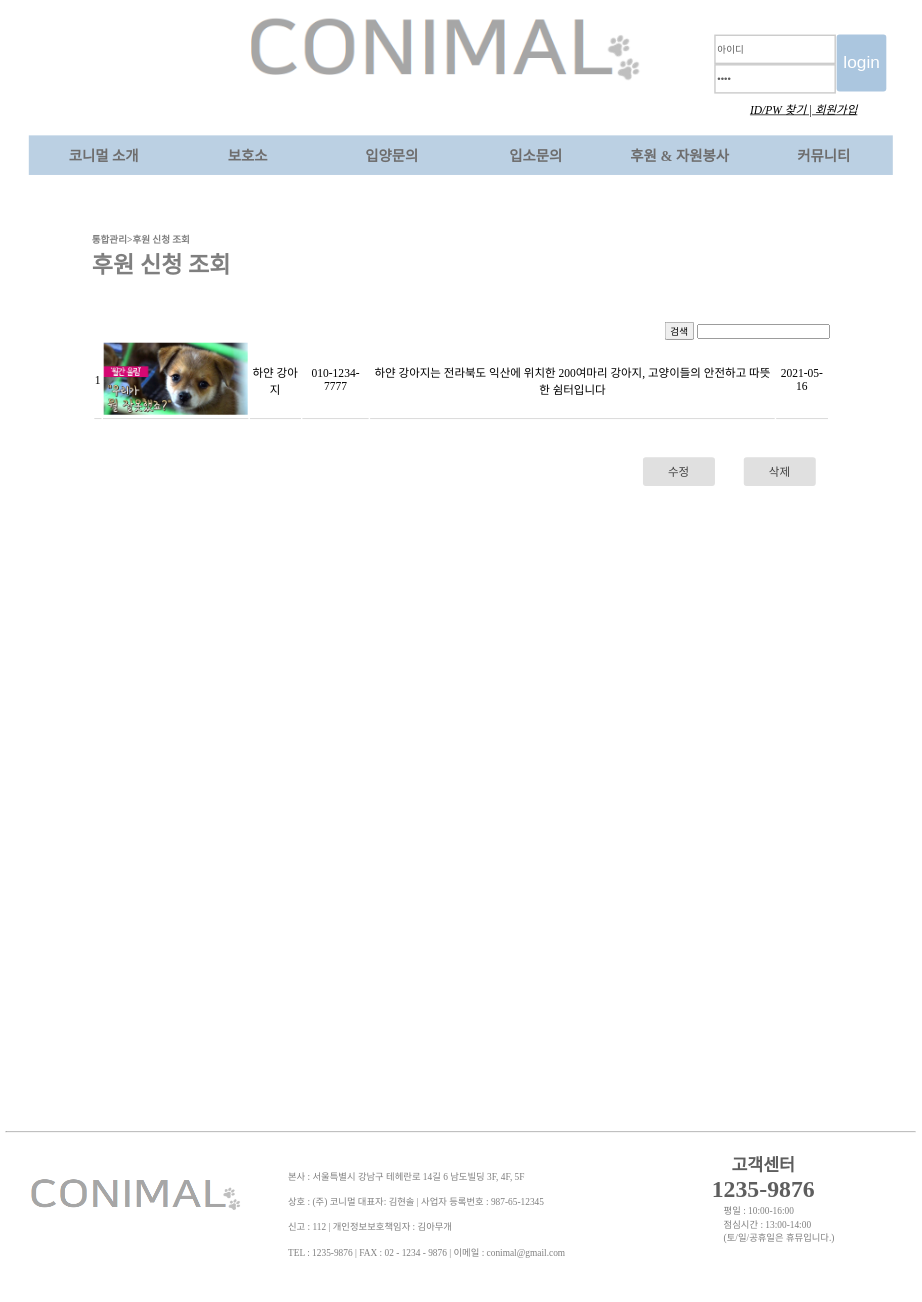
Repository: rlagusthf12/SemiProject
Page: http://localhost/jspProject/views/support/supportDetail.jsp
These files come from the project's save history. The page is drawn as it stood at one moment and after the next save; the edit follows.
The browser window is 1280 px wide. The pictures show the whole page, at 72% of full size.
The page is served by Tomcat 9. Other server files are loaded and not shown.

Above is the page before, as saved 2021-05-18 11:36:24.

### jspProject/WebContent/views/support/supportDetail.jsp
<%@ page language="java" contentType="text/html; charset=UTF-8"
    pageEncoding="UTF-8"%>
<!DOCTYPE html>
<html>
<head>
<meta charset="UTF-8">
<title>Insert title here</title>
<style>
.body{
		width: 1025px;
        height: 1240px;
        margin: 0 auto;
        margin-top:80px;
	}

  h1,h5{
      margin: 0;
      font-weight: bold; color: rgb(127, 127, 127);
  }
  .head1{
  	width:100%;
  	height:10%;

  }
  .body1{
  	margin-bottom:30px;
  }
  .body2{
  width:100%;
  height:40%;
  }
  .foot1{
  width:100%;
  height:10%;
  }
  .list-area{
        border:1px solid white;
        text-align:center;

    }
     .list-area>thead>tr>th{

    	border: 1px solid #ccc;
    	word-break: break-all;
    	background: #eaeaea;
    	font-weight: bold;
    	display: table-cell;
   		vertical-align: inherit;



     }
     .list-area>tbody>tr>td{
  		 border-bottom: 1px solid #ccc;
    	font-family: HanSans;

     }
    .list-area>tbody>tr:hover{
        cursor:pointer;
    }

    .paging-area>button{
    font-size: 16px;
    color: rgb(255, 255, 255);
    text-align: center;
    line-height: 2.5em;
    border-radius: 4px;
	background-color: rgb(244, 244, 244);
	color:black;
    border:0px;
    width:40px;
    height:40px;
    }
  .deletebtn, .modifybtn{
    float:right;
    font-size: 16px;
    color: rgb(64, 64, 64);
    text-align: center;
    line-height: 2.5em;
    background-color: rgb(224, 224, 224);
    border:0px;
    border-radius: 4px;
    width: 100px; height: 40px;
    margin:20px;
  }


</style>
</head>
<body>
<%@ include file="../common/menubar.jsp" %>
<div class="body">
<div class="head1">
  <h5>통합관리>후원 신청 조회</h5>
  <h1>후원 신청 조회</h1>

  </div>
  <div class="head2"align="right">
  <div class="search" >
  <button class="searchbutton">검색</button>
  <input type="search" class="searchbar">
  </div>
  </div>
	<div class="body1">
  <table class="list-area">
               <tr>
		                 <td>1</td>
		                 <td><img src="resources/images/slide.png" width="200px" height="100px" ></td>
		                 <td>하얀 강아지</td>
		                 <td>010-1234-7777</td>
		                 <td>하얀 강아지는 전라북도 익산에 위치한 200여마리 강아지, 고양이들의 안전하고 따뜻한 쉼터입니다</td>
		                 <td>2021-05-16</td>
		         </tr>

        </table>
  </div>

  <div class="btn">
 	<button class="deletebtn">삭제</button>
 	<button class="modifybtn">수정</button>
 </div>



  </div>
         <%@ include file="../common/footerbar.jsp" %>
</body>
</html>

### jspProject/WebContent/views/common/menubar.jsp
<%@ page language="java" contentType="text/html; charset=UTF-8"
    pageEncoding="UTF-8"%>
<!DOCTYPE html>
<html>
<head>
<meta charset="UTF-8">
<title>Insert title here</title>

<style>
    .on{
         width: 1200px;
         height: 180px;
         margin: 0 auto;
         }
    .mainLogo{

        margin-left: 302px;

    }

    .login {
        float:right;
        margin-top:40px;
     }
   #loginform>*{

    float:left;
    }
    .id_pwd{width: 65%; height: 70px; } .loginbtn{width: 35%;}

    .pwd,.id{
        color: rgb(94, 94, 94);
        border-style: solid;
        border-color: rgb(204, 204, 204);
        width:100%;
        height:50%;
    }
    .loginbtn>input{
        font-size: 24px;
        width: 80%;
        height: 100%;
        color: rgb(255, 255, 255);
        line-height: 3.2em;
        background-color: rgb(171, 198, 223);
        text-align: center;
        border-radius: 4px;
        border:0px;
    }

    .find{
    text-decoration-line: underline;
    font-style: italic;
    font-size: 16px;
    line-height: 3.2em;
    }

    .navi{
            width: 1200px; height: 55px;
            background-color: rgb(187, 208, 227);
            margin: 0 auto;
     }
     #navi1{
            list-style-type:none;
            margin:0;
            padding:0;
            height:100%;
            text-decoration:none;

        }

        #navi1>li{
            margin-left: 8px;
            float:left;
            width:16%;
            height:100%;
            text-align:center;
        }
        #navi1 a{
            line-height: 2.8em;
            font-size: 20px;
            color: rgb(110, 109, 109);
            font-family: HanSans;
            width: 16.6%;
            font-weight: bold;
            cursor:pointer;
            height:100%;
            width:100%;
            display:block;
            text-decoration:none;
            z-index: 6;
        }
        #navi1 a:hover{color: white;}
        #navi1>li>ul{
            list-style-type:none;
            display:none;
            margin-top:0px;
            padding:10px;
            background-color: rgb(184, 183, 183);
            font-family: HanSans;
            line-height: 2.8em;
            font-size: 20px;
            position: relative;
            z-index: 6;
        }
        #navi1>li>ul a{font-size:15px;}
        #navi1>li>a:hover+ul{display:block;}
        #navi1>li>ul:hover{display:block;}
     </style>
</head>

<body>

            <div class="on">

                    <image src="resources/images/mainLogo.png" width="558px" height="120px" class="mainLogo">

                        <div class="login" align="center">

                            <form action="" id="loginform">

                                <div class="id_pwd">
                                    <input type="text" class="id" value="아이디"><br>
                                    <input type="password" class="pwd" value="비밀번호" >
                                </div>

                                <div class="loginbtn">
                                    <input type="submit" value="login">
                                </div>
                            </form>
                            <span class="find">ID/PW 찾기 | 회원가입</span>
                        </div>

            </div>
            <div class="navi">
                    <ul id="navi1" >
                        <li><a href="">코니멀 소개</a></li>
                        <li><a href="">보호소</a></li>
                        <li><a href="">입양문의</a>
                            <ul>
                                <li><a href="">보호중인 동물</a></li>
                                <li><a href="">입양 절차</a></li>
                                <li><a href="">입양 신청</a></li>
                                <li><a href="">입양 후기</a></li>
                            </ul>
                        </li>
                        <li><a href="">입소문의</a>
                            <ul>
                                <li><a href="">입소 절차</a></li>
                                <li><a href="">입소 신청</a></li>
                            </ul>
                        </li>
                        <li><a href="">후원 &amp; 자원봉사</a>
                        <ul>
                            <li><a href="">자원봉사</a></li>
                            <li><a href="">후원</a></li>
                        </ul>
                      </li>
                        <li><a href="">커뮤니티</a>
                        <ul>
                            <li><a href="">자유 게시판</a></li>
                            <li><a href="">공지사항</a></li>
                            <li><a href="">고객센터</a></li>
                        </ul>
                    </li>
                    </ul>
            </div>


</body>
</html>

### jspProject/WebContent/views/common/footerbar.jsp
<%@ page language="java" contentType="text/html; charset=UTF-8"
    pageEncoding="UTF-8"%>
<!DOCTYPE html>
<html>
<head>
<meta charset="UTF-8">
<title>Insert title here</title>
<style>


 .footerbar{

         width: 1200px;
         height: 180px;
         margin: 0 auto;
     }
     .call{
         width:30%;
         height: 100%;
         float:left;
         margin-left: 60px;
     }

     .minLogo{

         padding-top: 30px;
         height: 100%;
         float:left;
     }
     .ex{
        width:40%;
        float:left;
        height:100%;
        padding-top: 25px;
    }
     .ect{

        font-size: 13px;
        color: rgb(127, 127, 127);
        text-align: left;
        width:450px;
        padding-left: 60px;

     }
     .ect2{
        font-weight: bold; font-size: 24px; text-align: center; color: rgb(94, 94, 94);
     }
     .ect3{
        font-weight: bold; font-size: 33px; text-align: center; color: rgb(94, 94, 94);
     }
     #al{
        width: 250px;
        padding-left: 125px;
     }


</style>
</head>
<body>
            <hr>
            <br>
            <div class="footerbar">
            <div class="minLogo">
                <div>
                 <image src="resources/images/mainLogo.png" width="300" height="60"></image>
                </div>
            </div>
            <div class="ex">
             <div class="ect">
                    본사 : 서울특별시 강남구 테헤란로 14길 6 남도빌딩 3F, 4F, 5F<br><br>

                    상호 : (주) 코니멀 대표자: 김현솔 | 사업자 등록번호 : 987-65-12345 <br><br>

                    신고 : 112 | 개인정보보호책임자 : 김아무개<br><br>

                    TEL : 1235-9876 | FAX : 02 - 1234 - 9876 | 이메일  :  conimal@gmail.com
              </div>
            </div>


            <div class="call">
                <div class="ect2" >
                    고객센터
                    <div class="ect3">
                    1235-9876

                    </div>
                </div>

                <div class="ect" id="al">
                    평일 : 10:00-16:00<br>
                    점심시간 : 13:00-14:00<br>
                    (토/일/공휴일은 휴뮤입니다.)
                </div>

            </div>
            </div>


</body>
</html>

After the next save:
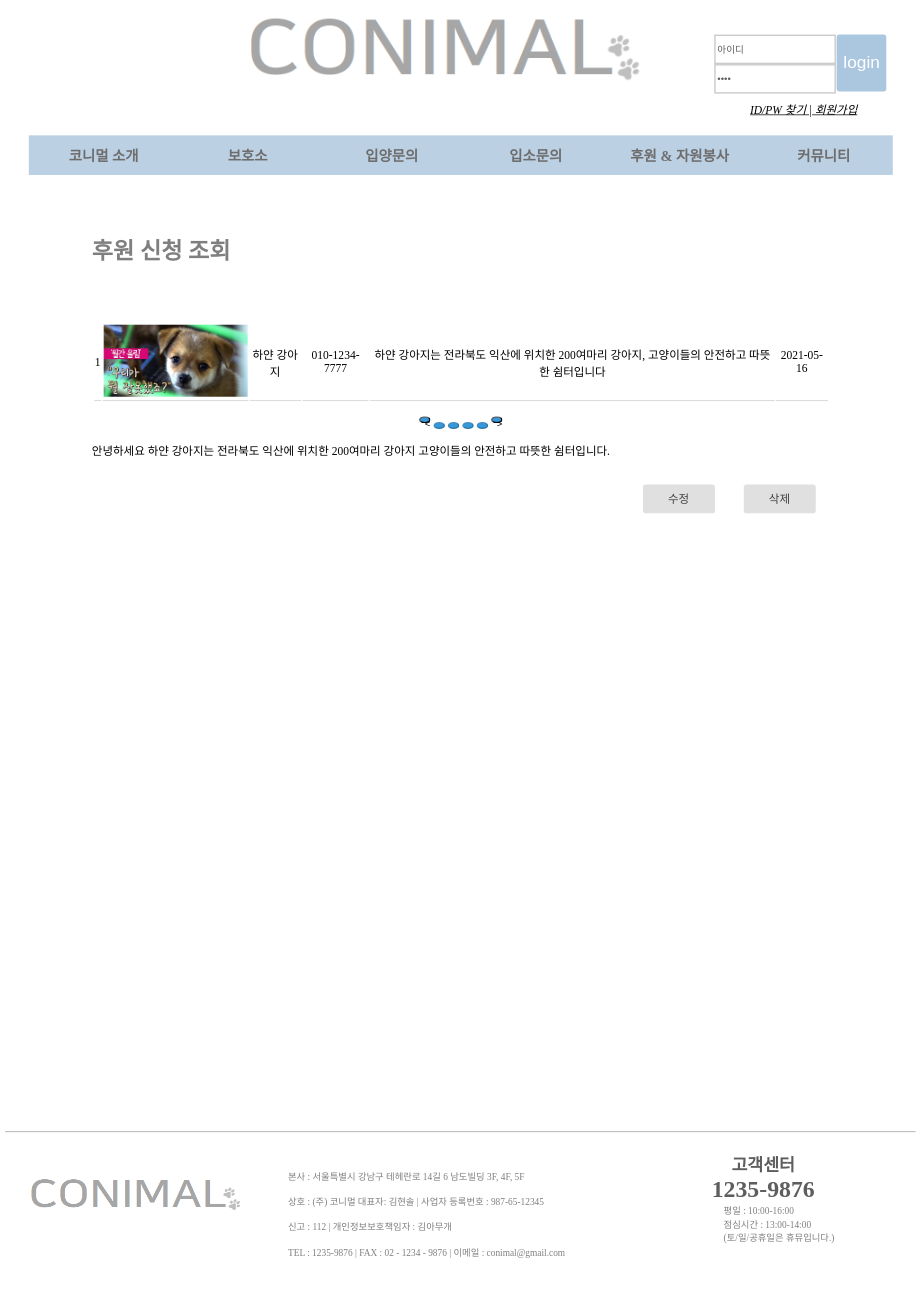
Saved 5 min 46 s later.
--- a/jspProject/WebContent/views/support/supportDetail.jsp
+++ b/jspProject/WebContent/views/support/supportDetail.jsp
@@ -22,9 +22,7 @@
   	height:10%;
 
   }
-  .body1{
-  	margin-bottom:30px;
-  }
+
   .body2{
   width:100%;
   height:40%;
@@ -60,16 +58,14 @@
     }
 
     .paging-area>button{
-    font-size: 16px;
-    color: rgb(255, 255, 255);
-    text-align: center;
-    line-height: 2.5em;
-    border-radius: 4px;
-	background-color: rgb(244, 244, 244);
+    width:10px;
+    height:10px;
 	color:black;
-    border:0px;
-    width:40px;
-    height:40px;
+    border-top-left-radius: 100%;
+    border-top-right-radius: 100%;
+    border-bottom-right-radius: 100%;
+     border-bottom-left-radius: 100%;
+     background-color: rgb(52, 152, 219);
     }
   .deletebtn, .modifybtn{
     float:right;
@@ -91,17 +87,10 @@
 <%@ include file="../common/menubar.jsp" %>
 <div class="body">
 <div class="head1">
-  <h5>통합관리>후원 신청 조회</h5>
   <h1>후원 신청 조회</h1>
 
   </div>
-  <div class="head2"align="right">
-  <div class="search" >
-  <button class="searchbutton">검색</button>
-  <input type="search" class="searchbar">
-  </div>
-  </div>
-	<div class="body1">
+	<div class="head2">
   <table class="list-area">
                <tr>
 		                 <td>1</td>
@@ -114,6 +103,23 @@
 
         </table>
   </div>
+  <div class="imglist">
+  	<img src="">
+   <div align="center" class="paging-area">
+
+            	<button > &lt; </button>
+	            	<button disabled></button>
+	            	<button disabled></button>
+	            	<button disabled></button>
+                    <button disabled></button>
+            	<button > &gt; </button>
+
+        </div>
+  </div>
+  <div class="content">
+  <p>안녕하세요 하얀 강아지는 전라북도 익산에 위치한 200여마리 강아지 고양이들의 안전하고 따뜻한 쉼터입니다.</p>
+  </div>
+
 
   <div class="btn">
  	<button class="deletebtn">삭제</button>
